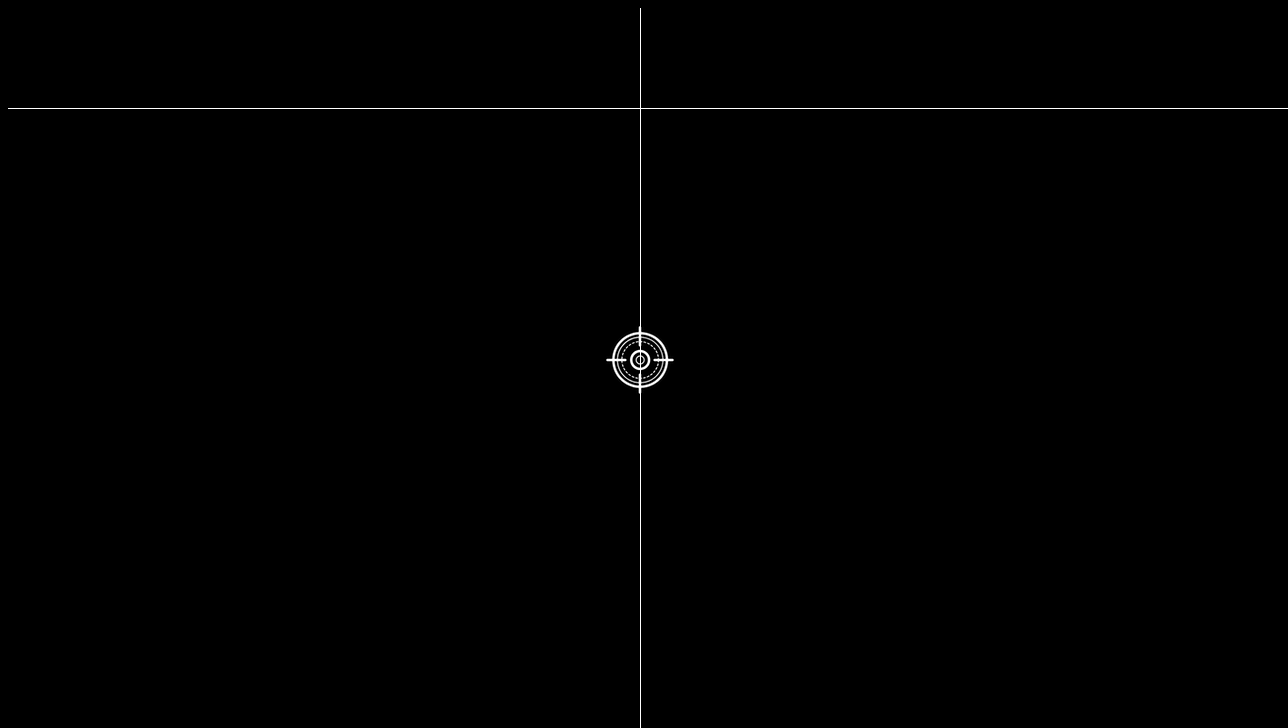
Repository: rladpwl0512/dreamcoding_browser101
Page: (2) coordinates/index.html
The author's editor kept a copy of each file at every save. The page is drawn from the files as they stood at one save, then again after the next save.
The browser window is 1280 px wide. The page is 1288 px wide, so the pictures cover 1288 px, including what lies to the right of the window. The pictures show the whole page.

Above is the page before, as saved 2021-09-30 18:44:55.

After the next save:
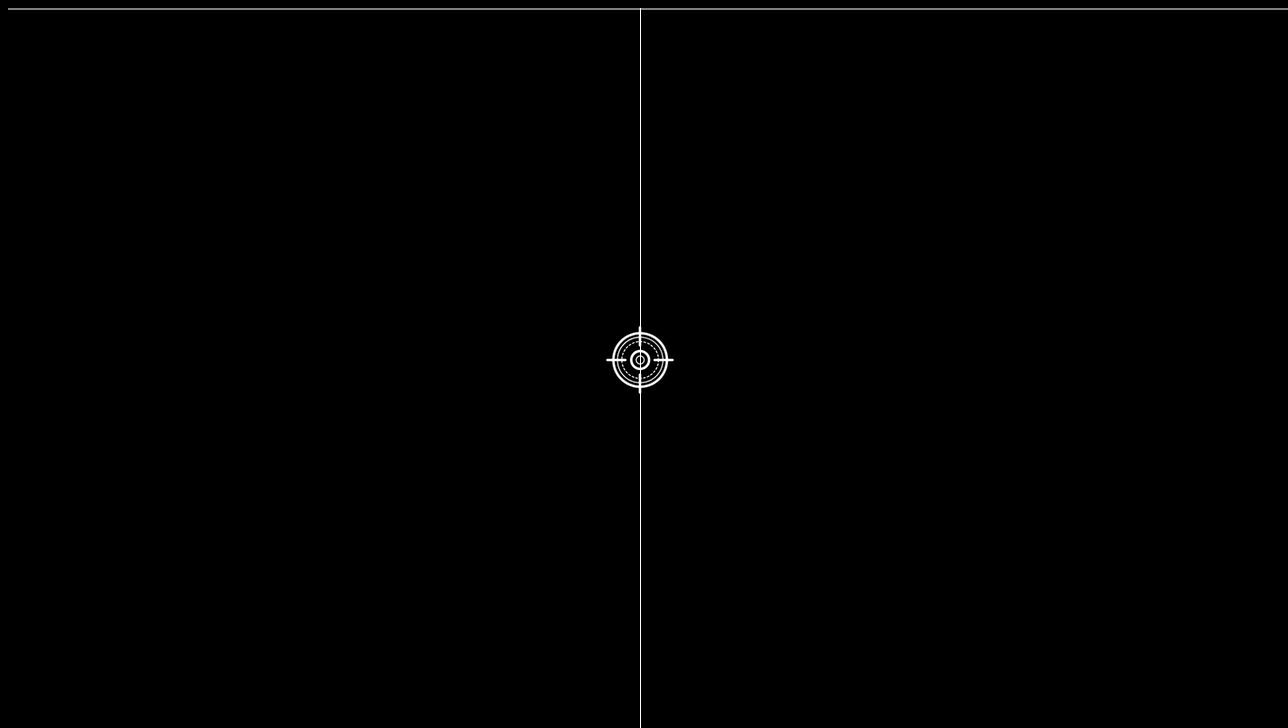
Saved 10 s later.
--- a/(2) coordinates/style.css
+++ b/(2) coordinates/style.css
@@ -9,7 +9,7 @@ body {
 .horizon {
   width: 100%;
   height: 1px;
-  transform: translate(0px, 100px);
+  transform: translate(0px, 50%);
 }
 
 .vertical {
